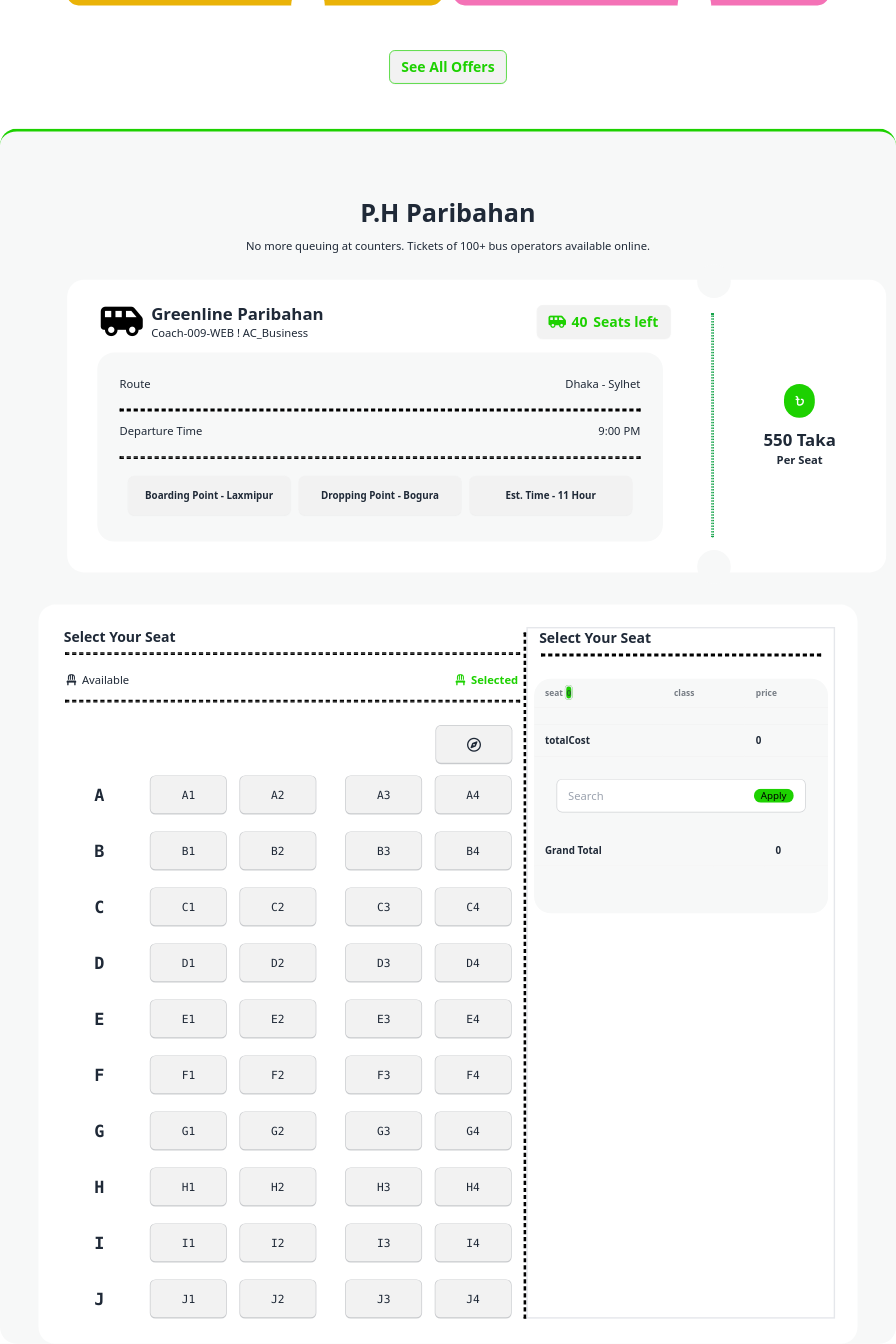
Repository: RudrasahaDibos/Smart-ticketing
Page: index.html
The author's editor kept a copy of each file at every save. The page is drawn from the files as they stood at one save, then again after a run of saves.
The browser window is 1280 px wide. The pictures show the part of the page from y = 1134 to 3054 px (the page is 3054 px tall), at 70% of full size.
Some web fonts or font styles are not loaded; a fallback is used. Some web libraries are served in a nearby version.

Above is the page before, as saved 2024-11-10 16:07:22.

After the next 2 saves:
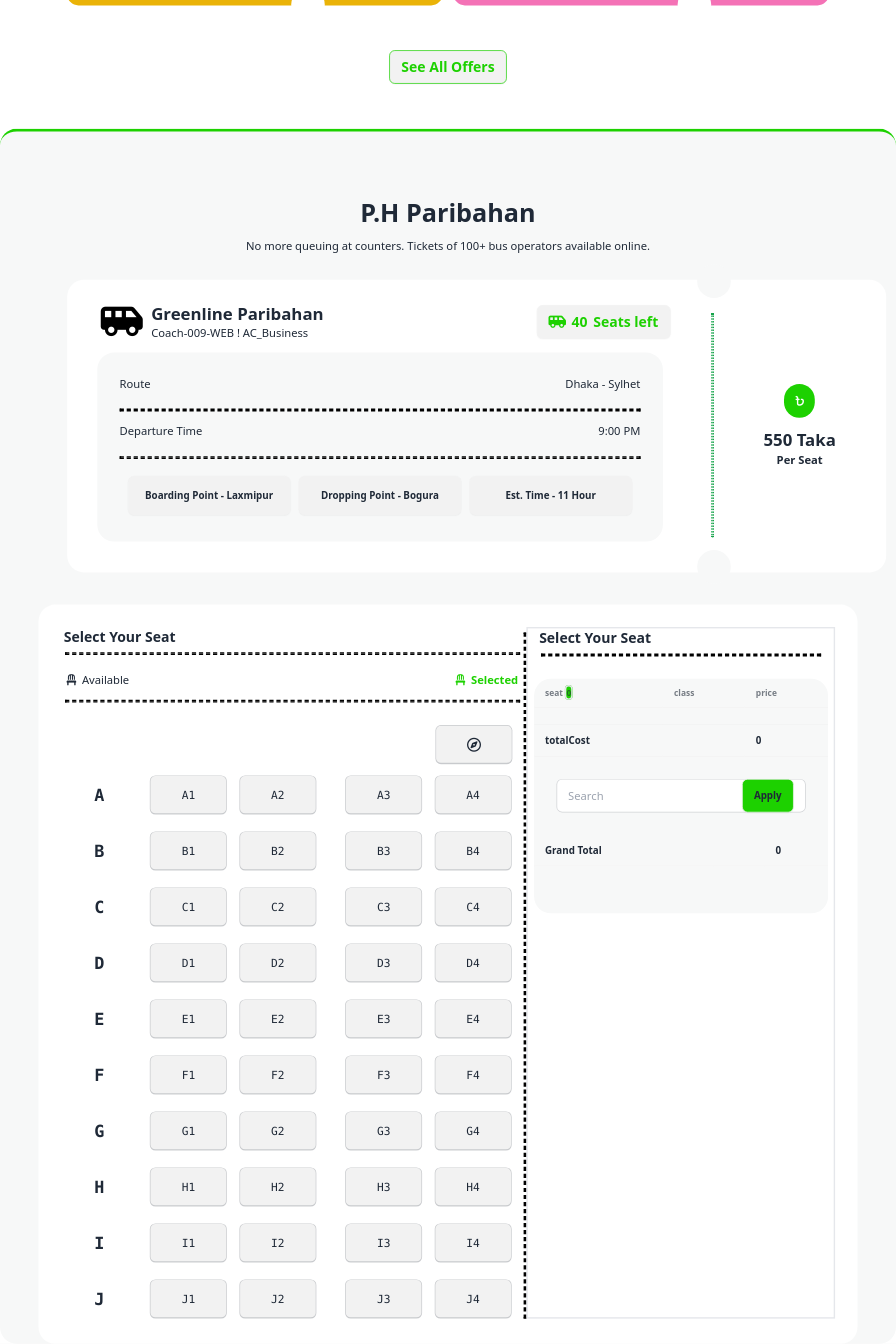
The 2 saves are shown as one change because they came seconds apart.
The last was saved 8 s later.
--- a/index.html
+++ b/index.html
@@ -470,7 +470,7 @@
                    <div class="p-8">
                     <label class="input input-bordered flex items-center gap-2">
                       <input type="text" class="grow" placeholder="Search" />
-                      <button class="badge badge-info bg-[#1DD100]">Apply</button>
+                      <button class="btn bg-[#1DD100]">Apply</button>
                     </label>
                    </div>
                     <table class="table">
